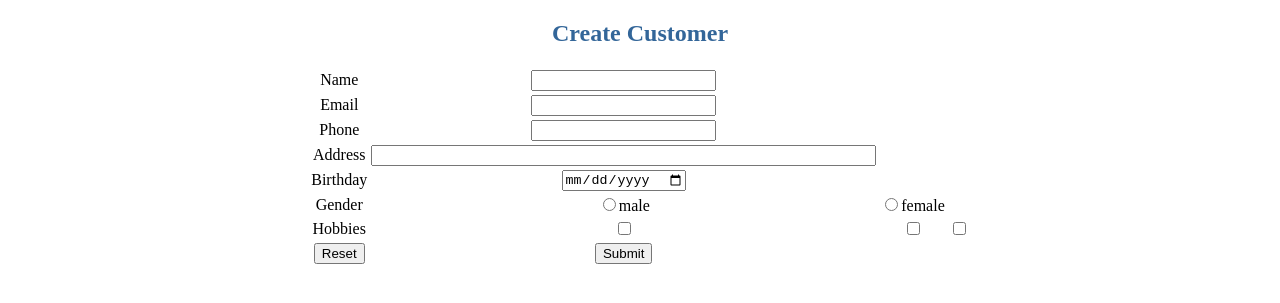
Repository: zoooolander/systex_prac_javaee
Page: http://localhost/myWeb/customer/createCustomer.jsp
The author's editor kept a copy of each file at every save. The page is drawn from the files as they stood at one save, then again after the next save.
The browser window is 1280 px wide. The pictures show the whole page.
The page is served by Tomcat 10. Other server files are loaded and not shown.

Above is the page before, as saved 2024-09-19 02:27:32.

### myWeb/src/main/webapp/customer/createCustomer.jsp
<%@ page language="java" contentType="text/html; charset=UTF-8"
	pageEncoding="UTF-8"%>
<!DOCTYPE html>
<html>
<head>
<meta charset="UTF-8">
<title>Create Customer</title>
<link href="<%=request.getContextPath()%>>style/myStyle.css"
	rel="stylesheet"></link>
</head>
<body>
	<h2>Create Customer</h2>
	<form action="../admin/dump.view" method="post">
		<table border="0" style="margin: auto">
			<tbody>
				<tr>
					<td>Name</td>
					<td><input type="text" name="name" /></td>
				</tr>
				<tr>
					<td>Email</td>
					<td><input type="email" name="email" /></td>
				</tr>
				<tr>
					<td>Phone</td>
					<td><input type="text" name="telephone" /></td>
				</tr>
				<tr>
					<td>Address</td>
					<td><input type="text" name="address" size="60" /></td>
				</tr>
				<tr>
					<td>Birthday</td>
					<td><input type="date" name="birth" /></td>
				</tr>
				<tr>
					<td>Gender</td>
					<td><input type="radio" id=male name="gender" value="male" /><label
						for="male">male</label></td>
					<td><input type="radio" id=female name="gender" value="female" /><label
						for="female">female</label></td>
				</tr>
				<tr>
					<td>Hobbies</td>
					<td><input type="checkbox" name="habit" value="music" /></td>
					<td><input type="checkbox" name="habit" value="exercise" /></td>
					<td><input type="checkbox" name="habit" value="reading" /></td>
				</tr>
				<tr>
					<td><input type="reset" name="reset" /></td>
					<td><input type="submit" name="submit" /></td>
				</tr>
			</tbody>
		</table>
	</form>
</body>
</html>

### myWeb/src/main/webapp/style/myStyle.css
@charset "UTF-8";

body {
	text-align: center;
	margin: auto;
}

h1,h2 {
	color: #369;
}

After the next save:
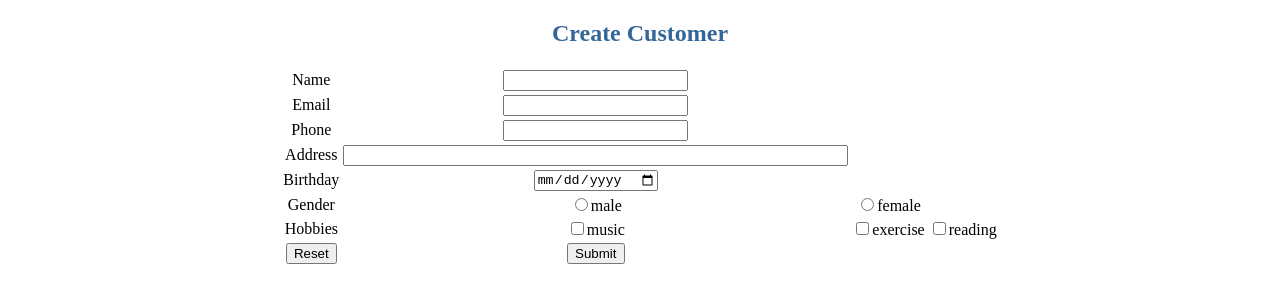
Saved 2 min 28 s later.
--- a/myWeb/src/main/webapp/customer/createCustomer.jsp
+++ b/myWeb/src/main/webapp/customer/createCustomer.jsp
@@ -42,9 +42,12 @@
 				</tr>
 				<tr>
 					<td>Hobbies</td>
-					<td><input type="checkbox" name="habit" value="music" /></td>
-					<td><input type="checkbox" name="habit" value="exercise" /></td>
-					<td><input type="checkbox" name="habit" value="reading" /></td>
+					<td><input type="checkbox" id=music name="habit" value="music" /><label
+						for="music">music</label></td>
+					<td><input type="checkbox" id=exercise name="habit"
+						value="exercise" /><label for="exercise">exercise</label></td>
+					<td><input type="checkbox" id=reading name="habit"
+						value="reading" /><label for="reading">reading</label></td>
 				</tr>
 				<tr>
 					<td><input type="reset" name="reset" /></td>
